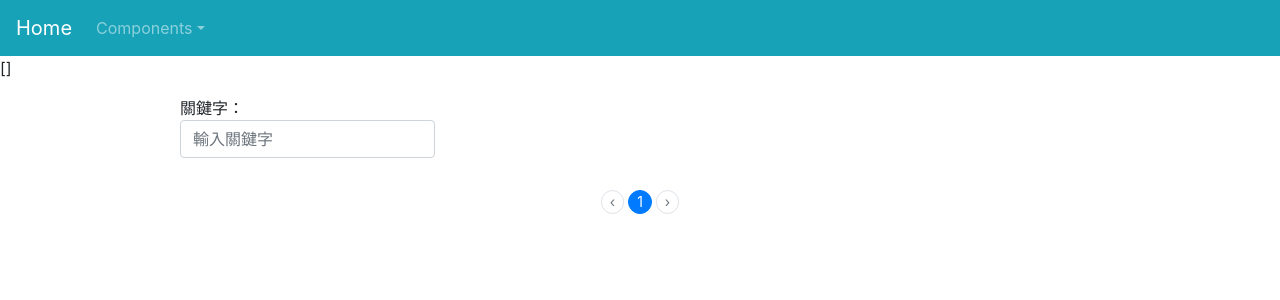
Repository: iian0910/bootstrapVue-demo
Page: /#/tablePagination
An editor plug-in stored every save of this project. The page is shown before and after the next save, followed by the edit.
The browser window is 1280 px wide. The pictures show the whole page.
The page's requests for data from a server got no answer. The project was rebuilt for these pictures with package versions that can differ from the ones it lists, and the page was loaded fresh each time. No one was signed in, and anything a server would have sent is missing.

Above is the page before, as saved 2021-04-26 15:47:55.

After the next save:
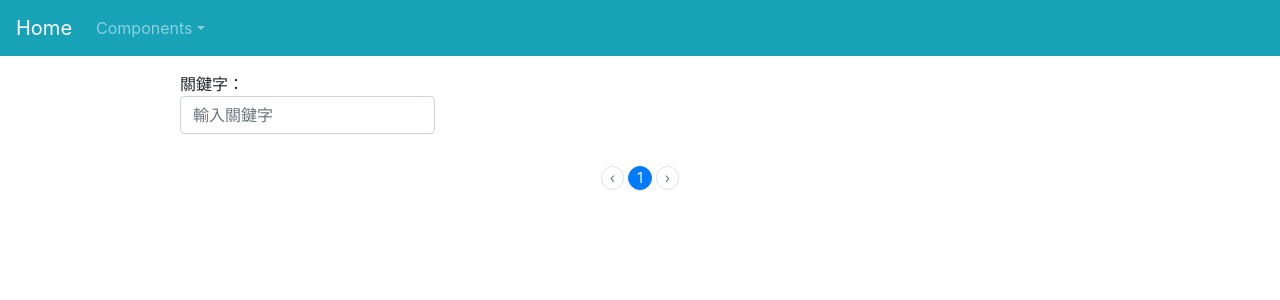
Saved 13 s later.
--- a/src/components/TablePagination.vue
+++ b/src/components/TablePagination.vue
@@ -1,6 +1,5 @@
 <template>
   <div>
-    {{filterInput}}
     <div class="container">
       <div class="row">
         <div class="col-3 offset-1 my-3">
